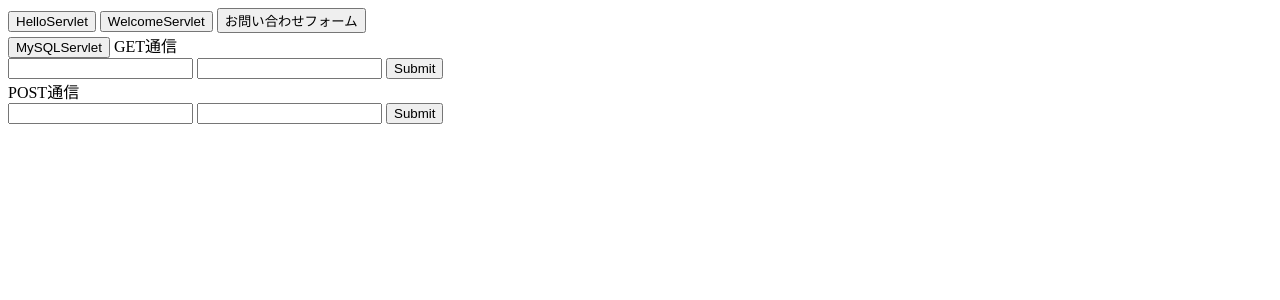
Repository: Yuuu-94/test
Page: http://localhost/HelloServlet/
An editor plug-in stored every save of this project. The page is shown before and after the next save, followed by the edit.
The browser window is 1280 px wide. The pictures show the whole page.
The page is served by Tomcat 9.

Above is the page before, as saved 2019-05-17 11:06:49.

After the next save:
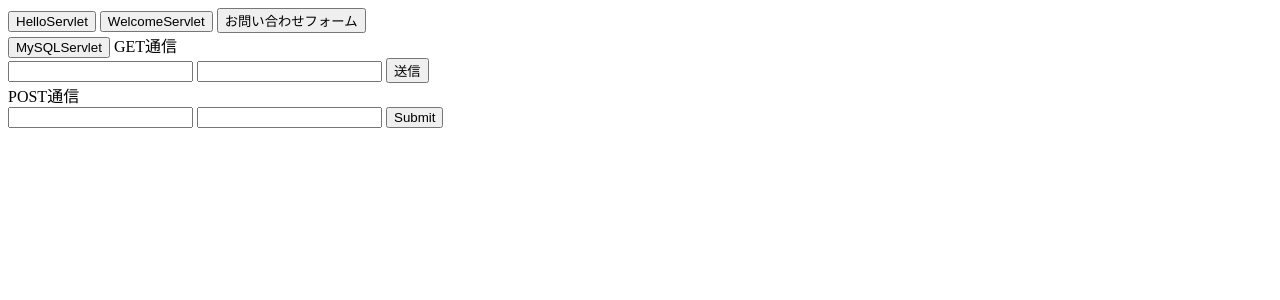
Saved 12 min 6 s later.
--- a/HelloServlet/WebContent/index.jsp
+++ b/HelloServlet/WebContent/index.jsp
@@ -20,7 +20,7 @@
 <form method="get" action="TestServlet">
 <input type="text" name="username">
 <input type="password" name="password">
-<input type="submit" name="送信">
+<input type="submit" value="送信">
 </form>
 
 POST通信
